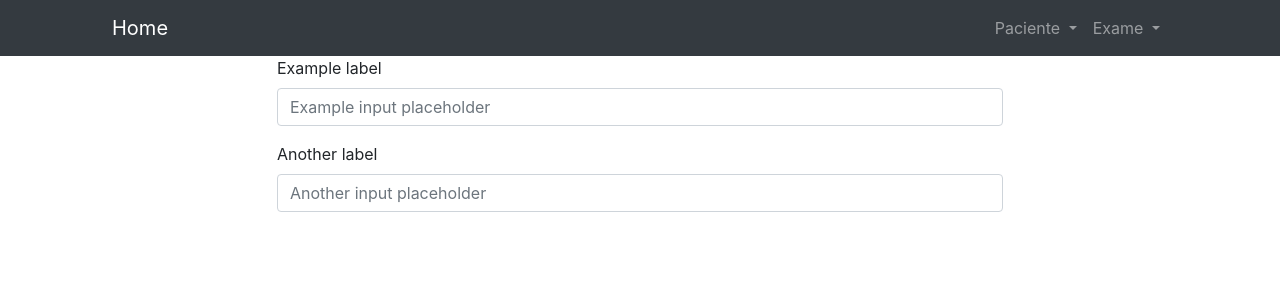
Repository: noobDevPRB/struts2_project
Page: http://localhost/Projeto_SOCTest/
The author's editor kept a copy of each file at every save. The page is drawn from the files as they stood at one save, then again after the next save.
The browser window is 1280 px wide. The pictures show the whole page.
The page is served by Tomcat 9. Nobody is signed in. The application's start-up code is not run.

Above is the page before, as saved 2020-10-17 16:14:48.

After the next save:
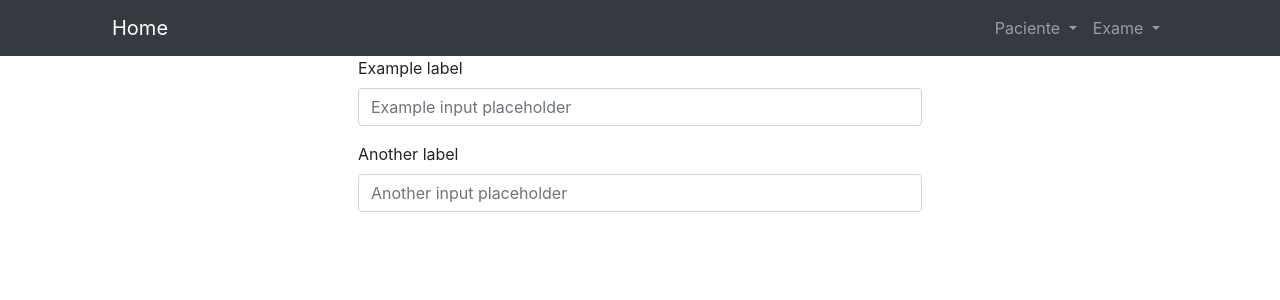
Saved 25 s later.
--- a/Projeto_SOCTest/WebContent/index.jsp
+++ b/Projeto_SOCTest/WebContent/index.jsp
@@ -43,7 +43,7 @@
 
 	<div class="container">
 	  <div class="row">
-	    <div class="col-sm">
+	    <div class="col-sm px-5 mx-5">
 	     	<form class="px-5 mx-5">
 			  <div class="form-group px-5 mx-5">
 			    <label for="formGroupExampleInput">Example label</label>
